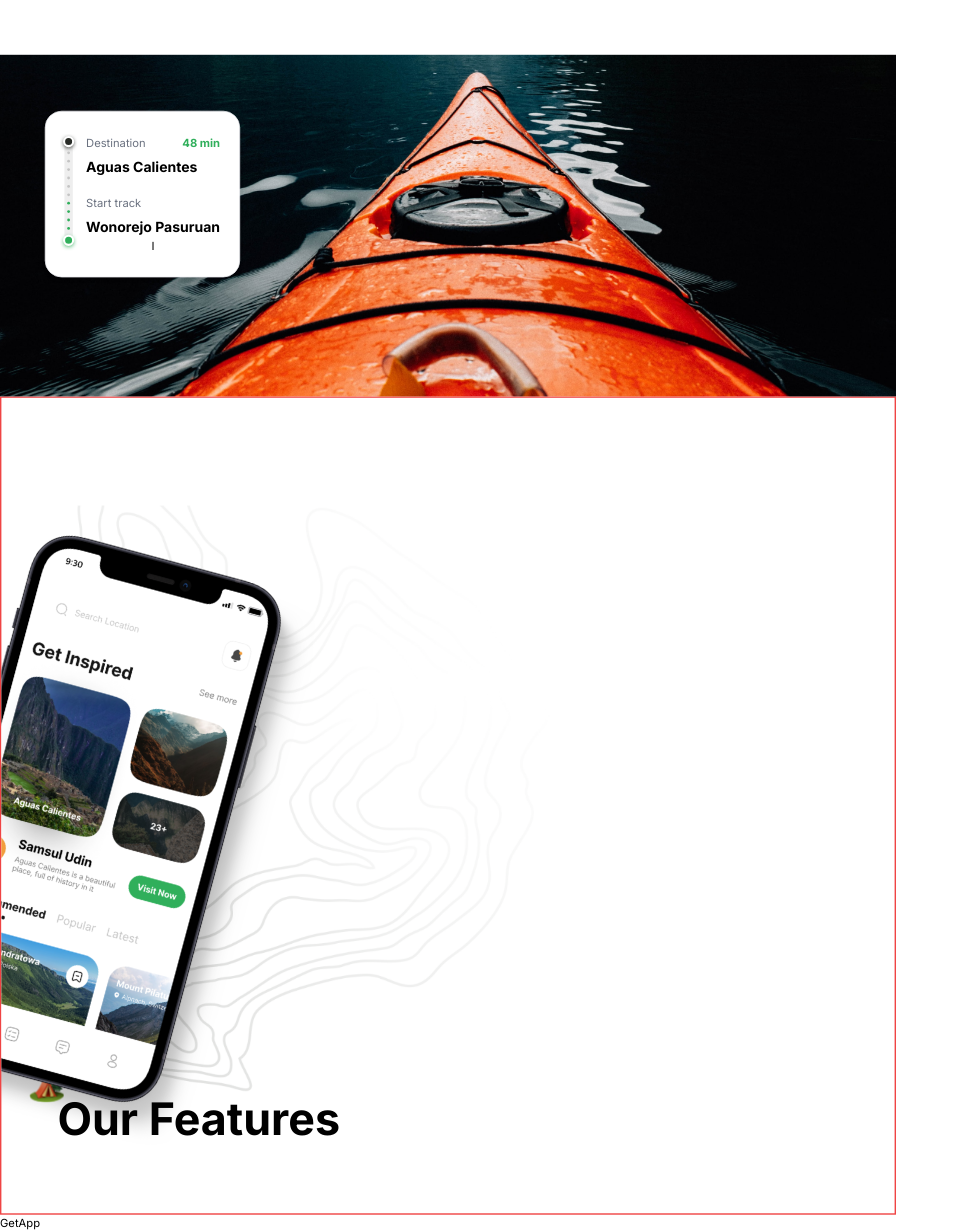
Repository: abdulrahmanmahmood/Travel-App
Page: /
An editor plug-in stored every save of this project. The page is shown before and after a run of saves, followed by the edit.
The browser window is 1280 px wide. The page is 1392 px wide, so the pictures cover 1392 px, including what lies to the right of the window. The pictures show the part of the page from y = 2105 to 3865 px (the page is 3865 px tall), at 70% of full size.
The project was rebuilt for these pictures with package versions that can differ from the ones it lists, and the page was loaded fresh each time. The framework's server and built-in components were replaced by stand-ins that run in the browser. Also part of the build but not shown: next.config.js.

Above is the page before, as saved 2023-11-08 11:40:42.

After the next 2 saves:
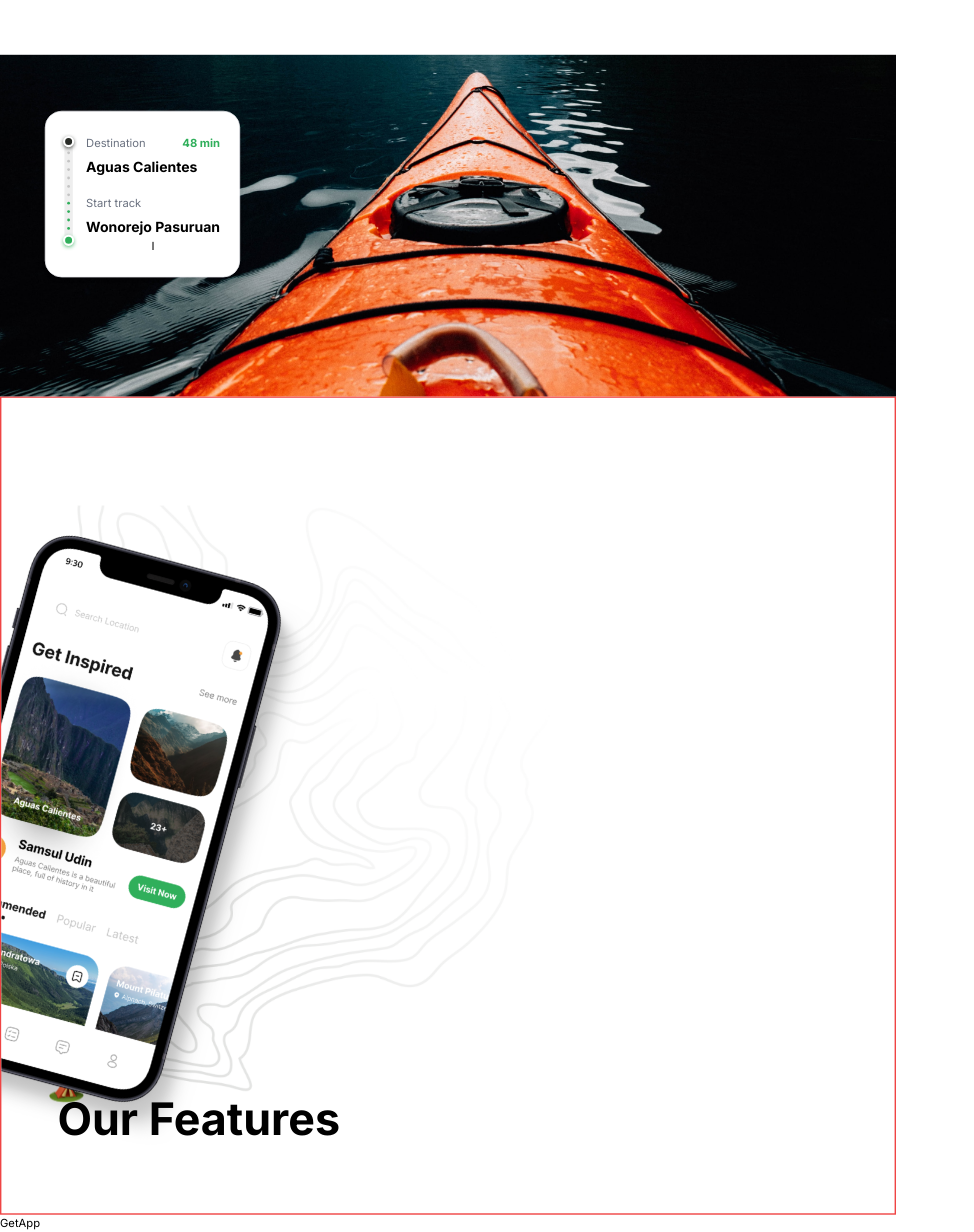
The 2 saves are shown as one change because they came seconds apart.
The last was saved 8 s later.
--- a/components/Features.tsx
+++ b/components/Features.tsx
@@ -10,7 +10,7 @@ function Features() {
         </div>
         <div className="z-20 flex w-full flex-col  lg:2-[60%]">
           <div className="relative ">
-            <Image src='/camp.svg' alt="camp" width={50} height={50} className="absolute -top-10 -left-10"/>
+            <Image src='/camp.svg' alt="camp" width={50} height={50} className="absolute -top-10 -left-3"/>
             <h2 className="bold-40 lg:bold-64 -mt-1">Our Features</h2>
           </div>
         </div>
